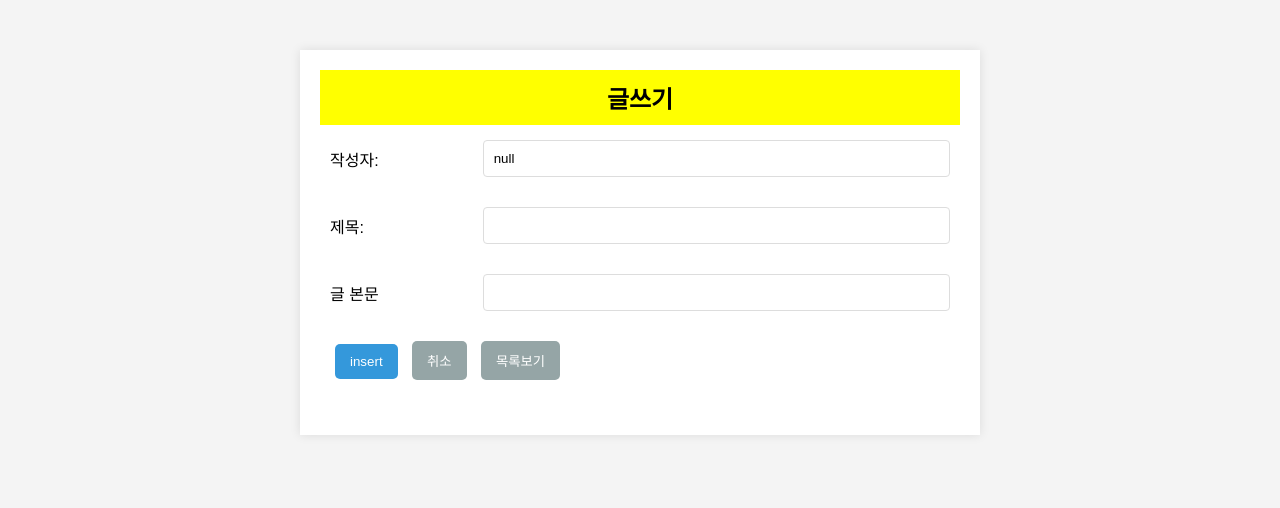
Repository: LifeIsRightward/WebServer
Page: http://localhost/JSPBook/Project/View/tcwrite.jsp
These files come from the project's save history. The page is drawn as it stood at one moment and after the next save; the edit follows.
The browser window is 1280 px wide. The pictures show the whole page.
The page is served by Tomcat 9.

Above is the page before, as saved 2024-06-09 16:19:28.

After the next save:
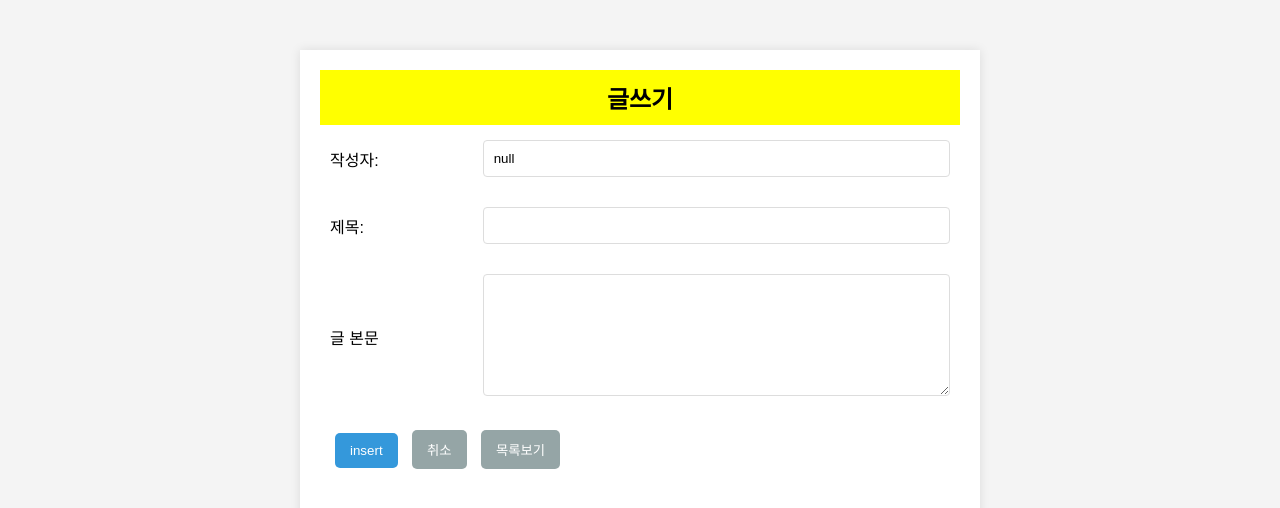
Saved 94 s later.
--- a/JSPBook/src/main/webapp/Project/View/tcwrite.jsp
+++ b/JSPBook/src/main/webapp/Project/View/tcwrite.jsp
@@ -36,12 +36,15 @@
         padding: 10px;
         font-size: 1em;
     }
-    input[type="text"] {
+    input[type="text"], textarea {
         width: calc(100% - 22px);
         padding: 10px;
         margin: 5px 0;
         border: 1px solid #ddd;
         border-radius: 4px;
+    }
+    textarea {
+        height: 100px; /* 높이를 키웠습니다 */
     }
     input[type="submit"], input[type="button"] {
         background-color: #3498db;
@@ -92,7 +95,7 @@
                 </tr>
                 <tr>
                     <td>글 본문 </td>
-                    <td><input type="text" name="content" value="<%=content%>"></td>
+                    <td><textarea name="content"><%=content%></textarea></td>
                 </tr>
                 <tr>
                     <td colspan="2">
